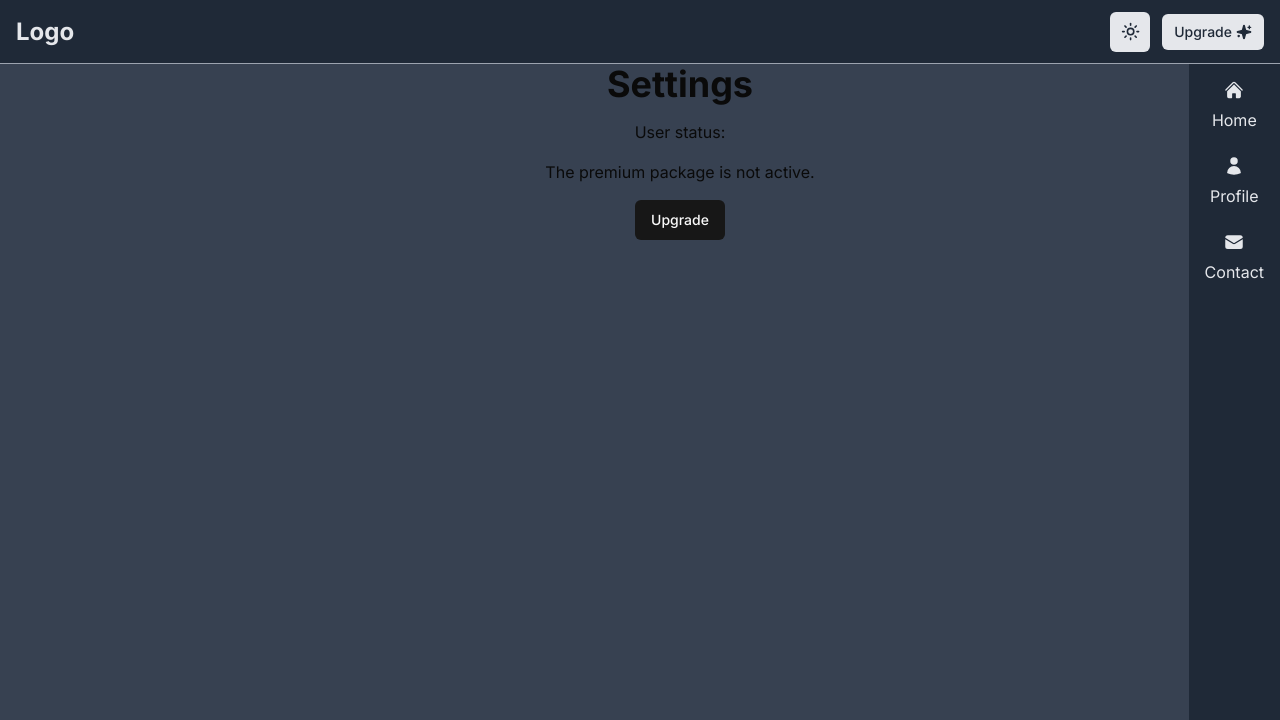
Repository: michalmilek/AI-companion-bot
Page: /settings
The author's editor kept a copy of each file at every save. The page is drawn from the files as they stood at one save, then again after the next save.
The browser window is 1280 px wide. The pictures show the whole page.
The page's requests for data from a server got no answer. The project was rebuilt for these pictures with package versions that can differ from the ones it lists, and the page was loaded fresh each time. Some packages were replaced by stand-ins written for this rebuild. The framework's server and built-in components were replaced by stand-ins that run in the browser. No one was signed in, and anything a server would have sent is missing. Also part of the build but not shown: next.config.js. Imported but missing from the stored project, and not drawn on this page: lib/prismadb.

Above is the page before, as saved 2023-10-10 15:59:27.

### app/layout.tsx
import { ClerkProvider } from "@clerk/nextjs";
import "./globals.css";
import type { Metadata } from "next";
import { Inter } from "next/font/google";
import { ThemeProvider } from "@/components/theme-provider";

const inter = Inter({ subsets: ["latin"] });

export const metadata: Metadata = {
  title: "Create Next App",
  description: "Generated by create next app",
};

export default function RootLayout({
  children,
}: {
  children: React.ReactNode;
}) {
  return (
    <ClerkProvider>
      <html lang="en">
        <body className={inter.className}>
          <ThemeProvider
            attribute="class"
            defaultTheme="light"
            enableSystem
            disableTransitionOnChange>
            {children}
          </ThemeProvider>
        </body>
      </html>
    </ClerkProvider>
  );
}

### app/(root)/layout.tsx
"use client";

import MobileSidebar from "@/components/MobileSidebar";
import Navbar from "@/components/Navbar";
import clsx from "clsx";
import { useTheme } from "next-themes";
import React from "react";

const RootLayout = ({ children }: { children: React.ReactNode }) => {
  const { theme } = useTheme();

  return (
    <div
      className={`h-screen ${clsx(
        (theme === "dark" || "system") && "bg-gray-700",
        theme === "light" && "bg-gray-400"
      )} `}>
      <Navbar />
      <MobileSidebar />
      <main className="md:pl-20 pt-16 h-full">{children}</main>
    </div>
  );
};

export default RootLayout;

### app/(root)/(routes)/settings/page.tsx
import { checkSubscription } from "@/lib/subscription";
import React from "react";
import SubscriptionPanel from "./companion/SubscriptionPanel";

const page = async () => {
  const isPro = await checkSubscription();
  return (
    <div>
      <SubscriptionPanel isPro={isPro} />
    </div>
  );
};

export default page;

### app/globals.css
@tailwind base;
@tailwind components;
@tailwind utilities;

@layer base {
  :root {
    --background: 0 0% 100%;
    --foreground: 0 0% 3.9%;

    --card: 0 0% 100%;
    --card-foreground: 0 0% 3.9%;

    --popover: 0 0% 100%;
    --popover-foreground: 0 0% 3.9%;

    --primary: 0 0% 9%;
    --primary-foreground: 0 0% 98%;

    --secondary: 0 0% 96.1%;
    --secondary-foreground: 0 0% 9%;

    --muted: 0 0% 96.1%;
    --muted-foreground: 0 0% 45.1%;

    --accent: 0 0% 96.1%;
    --accent-foreground: 0 0% 9%;

    --destructive: 0 84.2% 60.2%;
    --destructive-foreground: 0 0% 98%;

    --border: 0 0% 89.8%;
    --input: 0 0% 89.8%;
    --ring: 0 0% 3.9%;

    --radius: 0.5rem;
  }

  .dark {
    --background: 0 0% 3.9%;
    --foreground: 0 0% 98%;

    --card: 0 0% 3.9%;
    --card-foreground: 0 0% 98%;

    --popover: 0 0% 3.9%;
    --popover-foreground: 0 0% 98%;

    --primary: 0 0% 98%;
    --primary-foreground: 0 0% 9%;

    --secondary: 0 0% 14.9%;
    --secondary-foreground: 0 0% 98%;

    --muted: 0 0% 14.9%;
    --muted-foreground: 0 0% 63.9%;

    --accent: 0 0% 14.9%;
    --accent-foreground: 0 0% 98%;

    --destructive: 0 62.8% 30.6%;
    --destructive-foreground: 0 0% 98%;

    --border: 0 0% 14.9%;
    --input: 0 0% 14.9%;
    --ring: 0 0% 83.1%;
  }
}

@layer base {
  * {
    @apply border-border;
  }
  body {
    @apply bg-background text-foreground;
  }
}

*{
  box-sizing: border-box;
  padding: 0;
  margin: 0;
}

### components/MobileSidebar.tsx
"use client";

import React, { useState } from "react";
import { AnimatePresence, motion } from "framer-motion";
import { useTheme } from "next-themes";
import clsx from "clsx";
import { Theme, getThemeBackground } from "@/app/utils/helpers";
import { Button } from "./ui/button";
import {
  XMarkIcon,
  HomeIcon,
  UserIcon,
  EnvelopeIcon,
} from "@heroicons/react/24/solid";
import Link from "next/link";
import useStore from "@/app/hooks/useStore";

const MobileSidebar = () => {
  const { theme } = useTheme();
  const { isMobileMenuOpen } = useStore();

  return (
    <AnimatePresence>
      <motion.aside
        key={"mobileSidebar"}
        className={`h-full py-2 fixed bottom-0 top-16 right-0 ${getThemeBackground(
          theme as Theme
        )}`}
        initial={{ x: "100%" }}
        animate={{ x: 0 }}
        transition={{ type: "tween", duration: 0.3 }}>
        <ul className="flex flex-col gap-2">
          <li>
            <Link
              className={`flex flex-col items-center gap-2 py-2 ${
                theme === "light" ? "hover:bg-gray-700" : "hover:bg-gray-500"
              } transition-none`}
              href="/">
              <HomeIcon className="h-5 w-5" />
              <span>Home</span>
            </Link>
          </li>
          <li>
            <Link
              className="flex flex-col items-center gap-2 py-2 px-4 hover:bg-gray-700"
              href="/profile">
              <UserIcon className="h-5 w-5" />
              <span>Profile</span>
            </Link>
          </li>
          <li>
            <Link
              className="flex flex-col items-center gap-2 py-2 px-4 hover:bg-gray-700"
              href="/contact">
              <EnvelopeIcon className="h-5 w-5" />
              <span>Contact</span>
            </Link>
          </li>
        </ul>
      </motion.aside>
    </AnimatePresence>
  );
};
export default MobileSidebar;

### components/Navbar.tsx
"use client";

import React, { useEffect, useState } from "react";
import { UserButton } from "@clerk/nextjs";
import { Button } from "./ui/button";
import { Sparkles } from "lucide-react";
import { ThemeToggle } from "./theme-toggle";
import { useTheme } from "next-themes";
import clsx from "clsx";
import { Theme, getThemeBackground, getThemeColor } from "@/app/utils/helpers";

const Navbar = () => {
  const { theme } = useTheme();

  return (
    <nav
      className={`${getThemeBackground(
        theme as Theme
      )} h-16 flex justify-between items-center px-4 fixed top-0 left-0 right-0 z-50 border-b-gray-400 border-b`}>
      <a
        href="#"
        className="text-2xl font-bold">
        Logo
      </a>
      <div className="flex items-center gap-3">
        <ThemeToggle />
        <Button
          size="sm"
          variant={getThemeColor(theme as Theme)}>
          Upgrade
          <Sparkles
            className={`${
              theme === "light"
                ? "text-gray-800 fill-gray-800"
                : "text-gray-200 fill-gray-200"
            }  h-4 w-4`}
          />
        </Button>

        <UserButton />
      </div>
    </nav>
  );
};

export default Navbar;

### lib/subscription.ts
import { auth } from "@clerk/nextjs";

import prismadb from "@/lib/prismadb";

const DAY_IN_MS = 86_400_000;

export const checkSubscription = async () => {
  const { userId } = auth();

  if (!userId) {
    return false;
  }

  const userSubscription = await prismadb.userSubscription.findUnique({
    where: {
      userId,
    },
    select: {
      stripeCurrentPeriodEnd: true,
      stripeCustomerId: true,
      stripePriceId: true,
      stripeSubscriptionId: true,
    },
  });

  if (!userSubscription) {
    return false;
  }

  const isValid =
    userSubscription.stripePriceId &&
    userSubscription.stripeCurrentPeriodEnd?.getTime()! + DAY_IN_MS >
      Date.now();

  return !!isValid;
};

### app/(root)/(routes)/settings/companion/SubscriptionPanel.tsx
"use client";

import { Button } from "@/components/ui/button";
import axios from "axios";
import React from "react";

const SubscriptionPanel = ({ isPro }: { isPro: boolean }) => {
  const onSubscribe = async () => {
    try {
      const response = await axios.get("/api/stripe");

      window.location.href = response.data.url;
    } catch (error) {
      console.log("onSubscribe error", error);
    }
  };

  return (
    <div className="flex flex-col gap-4 items-center justify-center">
      <h1 className="text-4xl font-bold">Settings</h1>
      <h2>User status:</h2>
      <p>
        {isPro
          ? "The premium package is active."
          : "The premium package is not active."}
      </p>
      <Button onClick={onSubscribe}>
        {isPro ? "Edit your subscription" : "Upgrade"}
      </Button>
    </div>
  );
};

export default SubscriptionPanel;

### app/utils/helpers.ts
import clsx from "clsx";

export type Theme = "dark" | "system" | "light";

export function getThemeColor(theme: Theme) {
  if (theme === "dark" || theme === "system") {
    return "dark";
  } else {
    return "gray";
  }
}

export const getThemeBackground = (theme: Theme) => {
  return clsx(
    (theme === "dark" || theme === "system") && "bg-gray-200 text-gray-800",
    theme === "light" && "bg-gray-800 text-gray-200"
  );
};

### app/hooks/useStore.ts
import { create } from "zustand";

interface State {
  isMobileMenuOpen: boolean;
  setIsMobileMenuOpen: (isOpen: boolean) => void;
}

const useStore = create<State>((set) => ({
  isMobileMenuOpen: false,
  setIsMobileMenuOpen: (isOpen) => set({ isMobileMenuOpen: isOpen }),
}));

export default useStore;

### components/ui/button.tsx
import * as React from "react";
import { Slot } from "@radix-ui/react-slot";
import { cva, type VariantProps } from "class-variance-authority";

import { cn } from "@/lib/utils";

const buttonVariants = cva(
  "inline-flex items-center justify-center rounded-md text-sm font-medium ring-offset-background transition-colors focus-visible:outline-none focus-visible:ring-2 focus-visible:ring-ring focus-visible:ring-offset-2 disabled:pointer-events-none disabled:opacity-50",
  {
    variants: {
      variant: {
        default: "bg-primary text-primary-foreground hover:bg-primary/90",
        destructive:
          "bg-destructive text-destructive-foreground hover:bg-destructive/90",
        outline:
          "border border-input bg-background hover:bg-accent hover:text-accent-foreground",
        secondary:
          "bg-secondary text-secondary-foreground hover:bg-secondary/80",
        ghost: "hover:bg-accent hover:text-accent-foreground",
        link: "text-primary underline-offset-4 hover:underline",
        gray: "bg-gray-200 text-gray-800 flex items-center gap-1 hover:bg-gray-300 transition-all",
        dark: "bg-gray-800 text-gray-200 flex items-center gap-1 hover:bg-gray-600 transition-all",
      },
      size: {
        default: "h-10 px-4 py-2",
        sm: "h-9 rounded-md px-3",
        lg: "h-11 rounded-md px-8",
        icon: "h-10 w-10",
      },
    },
    defaultVariants: {
      variant: "default",
      size: "default",
    },
  }
);

export interface ButtonProps
  extends React.ButtonHTMLAttributes<HTMLButtonElement>,
    VariantProps<typeof buttonVariants> {
  asChild?: boolean;
}

const Button = React.forwardRef<HTMLButtonElement, ButtonProps>(
  ({ className, variant, size, asChild = false, ...props }, ref) => {
    const Comp = asChild ? Slot : "button";
    return (
      <Comp
        className={cn(buttonVariants({ variant, size, className }))}
        ref={ref}
        {...props}
      />
    );
  }
);
Button.displayName = "Button";

export { Button, buttonVariants };

### components/theme-toggle.tsx
"use client";

import * as React from "react";
import { Moon, Sun } from "lucide-react";
import { useTheme } from "next-themes";

import { Button } from "@/components/ui/button";
import {
  DropdownMenu,
  DropdownMenuContent,
  DropdownMenuItem,
  DropdownMenuTrigger,
} from "@/components/ui/dropdown-menu";
import { Theme, getThemeColor } from "@/app/utils/helpers";

export function ThemeToggle() {
  const { theme, setTheme } = useTheme();

  return (
    <DropdownMenu>
      <DropdownMenuTrigger asChild>
        <Button
          variant={getThemeColor(theme as Theme)}
          size="icon">
          <Sun className="h-[1.2rem] w-[1.2rem] rotate-0 scale-100 transition-all dark:-rotate-90 dark:scale-0" />
          <Moon className="absolute h-[1.2rem] w-[1.2rem] rotate-90 scale-0 transition-all dark:rotate-0 dark:scale-100" />
          <span className="sr-only">Toggle theme</span>
        </Button>
      </DropdownMenuTrigger>
      <DropdownMenuContent align="end">
        <DropdownMenuItem onClick={() => setTheme("light")}>
          Light
        </DropdownMenuItem>
        <DropdownMenuItem onClick={() => setTheme("dark")}>
          Dark
        </DropdownMenuItem>
        <DropdownMenuItem onClick={() => setTheme("system")}>
          System
        </DropdownMenuItem>
      </DropdownMenuContent>
    </DropdownMenu>
  );
}

### components/ui/dropdown-menu.tsx
"use client"

import * as React from "react"
import * as DropdownMenuPrimitive from "@radix-ui/react-dropdown-menu"
import { Check, ChevronRight, Circle } from "lucide-react"

import { cn } from "@/lib/utils"

const DropdownMenu = DropdownMenuPrimitive.Root

const DropdownMenuTrigger = DropdownMenuPrimitive.Trigger

const DropdownMenuGroup = DropdownMenuPrimitive.Group

const DropdownMenuPortal = DropdownMenuPrimitive.Portal

const DropdownMenuSub = DropdownMenuPrimitive.Sub

const DropdownMenuRadioGroup = DropdownMenuPrimitive.RadioGroup

const DropdownMenuSubTrigger = React.forwardRef<
  React.ElementRef<typeof DropdownMenuPrimitive.SubTrigger>,
  React.ComponentPropsWithoutRef<typeof DropdownMenuPrimitive.SubTrigger> & {
    inset?: boolean
  }
>(({ className, inset, children, ...props }, ref) => (
  <DropdownMenuPrimitive.SubTrigger
    ref={ref}
    className={cn(
      "flex cursor-default select-none items-center rounded-sm px-2 py-1.5 text-sm outline-none focus:bg-accent data-[state=open]:bg-accent",
      inset && "pl-8",
      className
    )}
    {...props}
  >
    {children}
    <ChevronRight className="ml-auto h-4 w-4" />
  </DropdownMenuPrimitive.SubTrigger>
))
DropdownMenuSubTrigger.displayName =
  DropdownMenuPrimitive.SubTrigger.displayName

const DropdownMenuSubContent = React.forwardRef<
  React.ElementRef<typeof DropdownMenuPrimitive.SubContent>,
  React.ComponentPropsWithoutRef<typeof DropdownMenuPrimitive.SubContent>
>(({ className, ...props }, ref) => (
  <DropdownMenuPrimitive.SubContent
    ref={ref}
    className={cn(
      "z-50 min-w-[8rem] overflow-hidden rounded-md border bg-popover p-1 text-popover-foreground shadow-lg data-[state=open]:animate-in data-[state=closed]:animate-out data-[state=closed]:fade-out-0 data-[state=open]:fade-in-0 data-[state=closed]:zoom-out-95 data-[state=open]:zoom-in-95 data-[side=bottom]:slide-in-from-top-2 data-[side=left]:slide-in-from-right-2 data-[side=right]:slide-in-from-left-2 data-[side=top]:slide-in-from-bottom-2",
      className
    )}
    {...props}
  />
))
DropdownMenuSubContent.displayName =
  DropdownMenuPrimitive.SubContent.displayName

const DropdownMenuContent = React.forwardRef<
  React.ElementRef<typeof DropdownMenuPrimitive.Content>,
  React.ComponentPropsWithoutRef<typeof DropdownMenuPrimitive.Content>
>(({ className, sideOffset = 4, ...props }, ref) => (
  <DropdownMenuPrimitive.Portal>
    <DropdownMenuPrimitive.Content
      ref={ref}
      sideOffset={sideOffset}
      className={cn(
        "z-50 min-w-[8rem] overflow-hidden rounded-md border bg-popover p-1 text-popover-foreground shadow-md data-[state=open]:animate-in data-[state=closed]:animate-out data-[state=closed]:fade-out-0 data-[state=open]:fade-in-0 data-[state=closed]:zoom-out-95 data-[state=open]:zoom-in-95 data-[side=bottom]:slide-in-from-top-2 data-[side=left]:slide-in-from-right-2 data-[side=right]:slide-in-from-left-2 data-[side=top]:slide-in-from-bottom-2",
        className
      )}
      {...props}
    />
  </DropdownMenuPrimitive.Portal>
))
DropdownMenuContent.displayName = DropdownMenuPrimitive.Content.displayName

const DropdownMenuItem = React.forwardRef<
  React.ElementRef<typeof DropdownMenuPrimitive.Item>,
  React.ComponentPropsWithoutRef<typeof DropdownMenuPrimitive.Item> & {
    inset?: boolean
  }
>(({ className, inset, ...props }, ref) => (
  <DropdownMenuPrimitive.Item
    ref={ref}
    className={cn(
      "relative flex cursor-default select-none items-center rounded-sm px-2 py-1.5 text-sm outline-none transition-colors focus:bg-accent focus:text-accent-foreground data-[disabled]:pointer-events-none data-[disabled]:opacity-50",
      inset && "pl-8",
      className
    )}
    {...props}
  />
))
DropdownMenuItem.displayName = DropdownMenuPrimitive.Item.displayName

const DropdownMenuCheckboxItem = React.forwardRef<
  React.ElementRef<typeof DropdownMenuPrimitive.CheckboxItem>,
  React.ComponentPropsWithoutRef<typeof DropdownMenuPrimitive.CheckboxItem>
>(({ className, children, checked, ...props }, ref) => (
  <DropdownMenuPrimitive.CheckboxItem
    ref={ref}
    className={cn(
      "relative flex cursor-default select-none items-center rounded-sm py-1.5 pl-8 pr-2 text-sm outline-none transition-colors focus:bg-accent focus:text-accent-foreground data-[disabled]:pointer-events-none data-[disabled]:opacity-50",
      className
    )}
    checked={checked}
    {...props}
  >
    <span className="absolute left-2 flex h-3.5 w-3.5 items-center justify-center">
      <DropdownMenuPrimitive.ItemIndicator>
        <Check className="h-4 w-4" />
      </DropdownMenuPrimitive.ItemIndicator>
    </span>
    {children}
  </DropdownMenuPrimitive.CheckboxItem>
))
DropdownMenuCheckboxItem.displayName =
  DropdownMenuPrimitive.CheckboxItem.displayName

const DropdownMenuRadioItem = React.forwardRef<
  React.ElementRef<typeof DropdownMenuPrimitive.RadioItem>,
  React.ComponentPropsWithoutRef<typeof DropdownMenuPrimitive.RadioItem>
>(({ className, children, ...props }, ref) => (
  <DropdownMenuPrimitive.RadioItem
    ref={ref}
    className={cn(
      "relative flex cursor-default select-none items-center rounded-sm py-1.5 pl-8 pr-2 text-sm outline-none transition-colors focus:bg-accent focus:text-accent-foreground data-[disabled]:pointer-events-none data-[disabled]:opacity-50",
      className
    )}
    {...props}
  >
    <span className="absolute left-2 flex h-3.5 w-3.5 items-center justify-center">
      <DropdownMenuPrimitive.ItemIndicator>
        <Circle className="h-2 w-2 fill-current" />
      </DropdownMenuPrimitive.ItemIndicator>
    </span>
    {children}
  </DropdownMenuPrimitive.RadioItem>
))
DropdownMenuRadioItem.displayName = DropdownMenuPrimitive.RadioItem.displayName

const DropdownMenuLabel = React.forwardRef<
  React.ElementRef<typeof DropdownMenuPrimitive.Label>,
  React.ComponentPropsWithoutRef<typeof DropdownMenuPrimitive.Label> & {
    inset?: boolean
  }
>(({ className, inset, ...props }, ref) => (
  <DropdownMenuPrimitive.Label
    ref={ref}
    className={cn(
      "px-2 py-1.5 text-sm font-semibold",
      inset && "pl-8",
      className
    )}
    {...props}
  />
))
DropdownMenuLabel.displayName = DropdownMenuPrimitive.Label.displayName

const DropdownMenuSeparator = React.forwardRef<
  React.ElementRef<typeof DropdownMenuPrimitive.Separator>,
  React.ComponentPropsWithoutRef<typeof DropdownMenuPrimitive.Separator>
>(({ className, ...props }, ref) => (
  <DropdownMenuPrimitive.Separator
    ref={ref}
    className={cn("-mx-1 my-1 h-px bg-muted", className)}
    {...props}
  />
))
DropdownMenuSeparator.displayName = DropdownMenuPrimitive.Separator.displayName

const DropdownMenuShortcut = ({
  className,
  ...props
}: React.HTMLAttributes<HTMLSpanElement>) => {
  return (
    <span
      className={cn("ml-auto text-xs tracking-widest opacity-60", className)}
      {...props}
    />
  )
}
DropdownMenuShortcut.displayName = "DropdownMenuShortcut"

export {
  DropdownMenu,
  DropdownMenuTrigger,
  DropdownMenuContent,
  DropdownMenuItem,
  DropdownMenuCheckboxItem,
  DropdownMenuRadioItem,
  DropdownMenuLabel,
  DropdownMenuSeparator,
  DropdownMenuShortcut,
  DropdownMenuGroup,
  DropdownMenuPortal,
  DropdownMenuSub,
  DropdownMenuSubContent,
  DropdownMenuSubTrigger,
  DropdownMenuRadioGroup,
}

Loaded but not shown: components/theme-provider.tsx (common file); lib/utils.ts (common file); tailwind.config.js (common file)

After the next save:
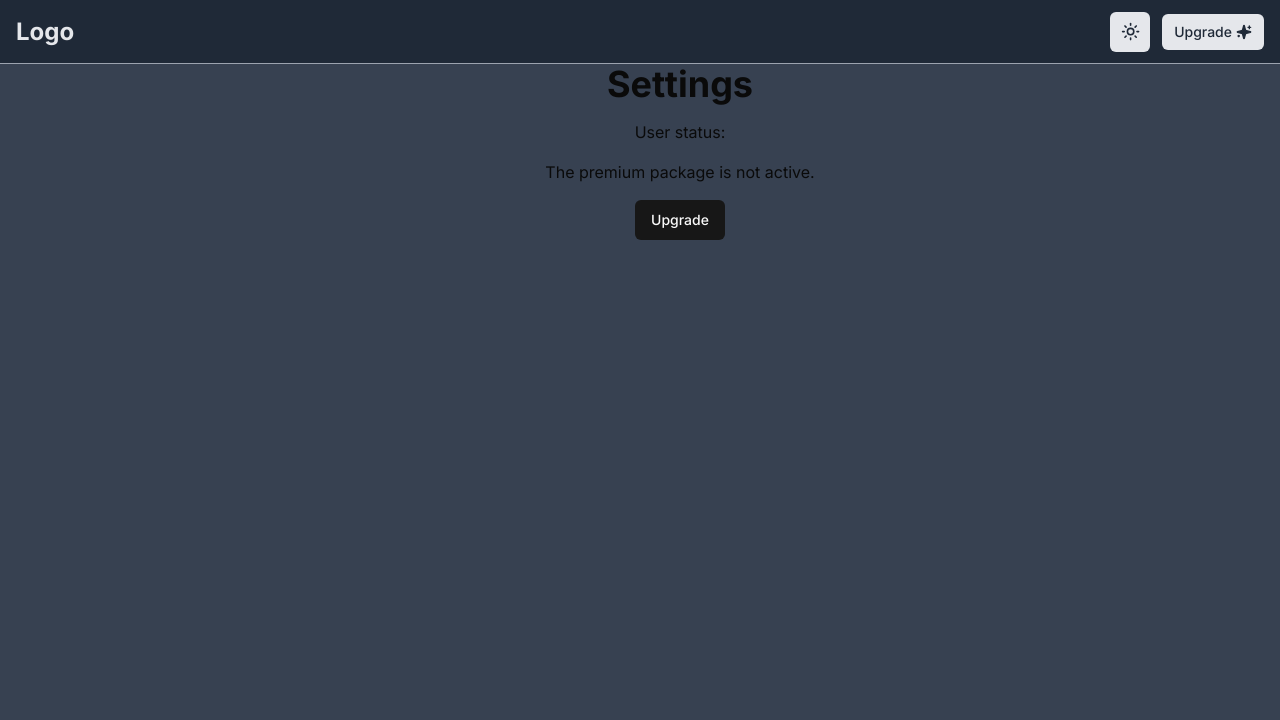
Saved 14 s later.
--- a/components/MobileSidebar.tsx
+++ b/components/MobileSidebar.tsx
@@ -21,43 +21,45 @@ const MobileSidebar = () => {
 
   return (
     <AnimatePresence>
-      <motion.aside
-        key={"mobileSidebar"}
-        className={`h-full py-2 fixed bottom-0 top-16 right-0 ${getThemeBackground(
-          theme as Theme
-        )}`}
-        initial={{ x: "100%" }}
-        animate={{ x: 0 }}
-        transition={{ type: "tween", duration: 0.3 }}>
-        <ul className="flex flex-col gap-2">
-          <li>
-            <Link
-              className={`flex flex-col items-center gap-2 py-2 ${
-                theme === "light" ? "hover:bg-gray-700" : "hover:bg-gray-500"
-              } transition-none`}
-              href="/">
-              <HomeIcon className="h-5 w-5" />
-              <span>Home</span>
-            </Link>
-          </li>
-          <li>
-            <Link
-              className="flex flex-col items-center gap-2 py-2 px-4 hover:bg-gray-700"
-              href="/profile">
-              <UserIcon className="h-5 w-5" />
-              <span>Profile</span>
-            </Link>
-          </li>
-          <li>
-            <Link
-              className="flex flex-col items-center gap-2 py-2 px-4 hover:bg-gray-700"
-              href="/contact">
-              <EnvelopeIcon className="h-5 w-5" />
-              <span>Contact</span>
-            </Link>
-          </li>
-        </ul>
-      </motion.aside>
+      {isMobileMenuOpen && (
+        <motion.aside
+          key={"mobileSidebar"}
+          className={`h-full py-2 fixed bottom-0 top-16 right-0 ${getThemeBackground(
+            theme as Theme
+          )}`}
+          initial={{ x: "100%" }}
+          animate={{ x: 0 }}
+          transition={{ type: "tween", duration: 0.3 }}>
+          <ul className="flex flex-col gap-2">
+            <li>
+              <Link
+                className={`flex flex-col items-center gap-2 py-2 ${
+                  theme === "light" ? "hover:bg-gray-700" : "hover:bg-gray-500"
+                } transition-none`}
+                href="/">
+                <HomeIcon className="h-5 w-5" />
+                <span>Home</span>
+              </Link>
+            </li>
+            <li>
+              <Link
+                className="flex flex-col items-center gap-2 py-2 px-4 hover:bg-gray-700"
+                href="/profile">
+                <UserIcon className="h-5 w-5" />
+                <span>Profile</span>
+              </Link>
+            </li>
+            <li>
+              <Link
+                className="flex flex-col items-center gap-2 py-2 px-4 hover:bg-gray-700"
+                href="/contact">
+                <EnvelopeIcon className="h-5 w-5" />
+                <span>Contact</span>
+              </Link>
+            </li>
+          </ul>
+        </motion.aside>
+      )}
     </AnimatePresence>
   );
 };
